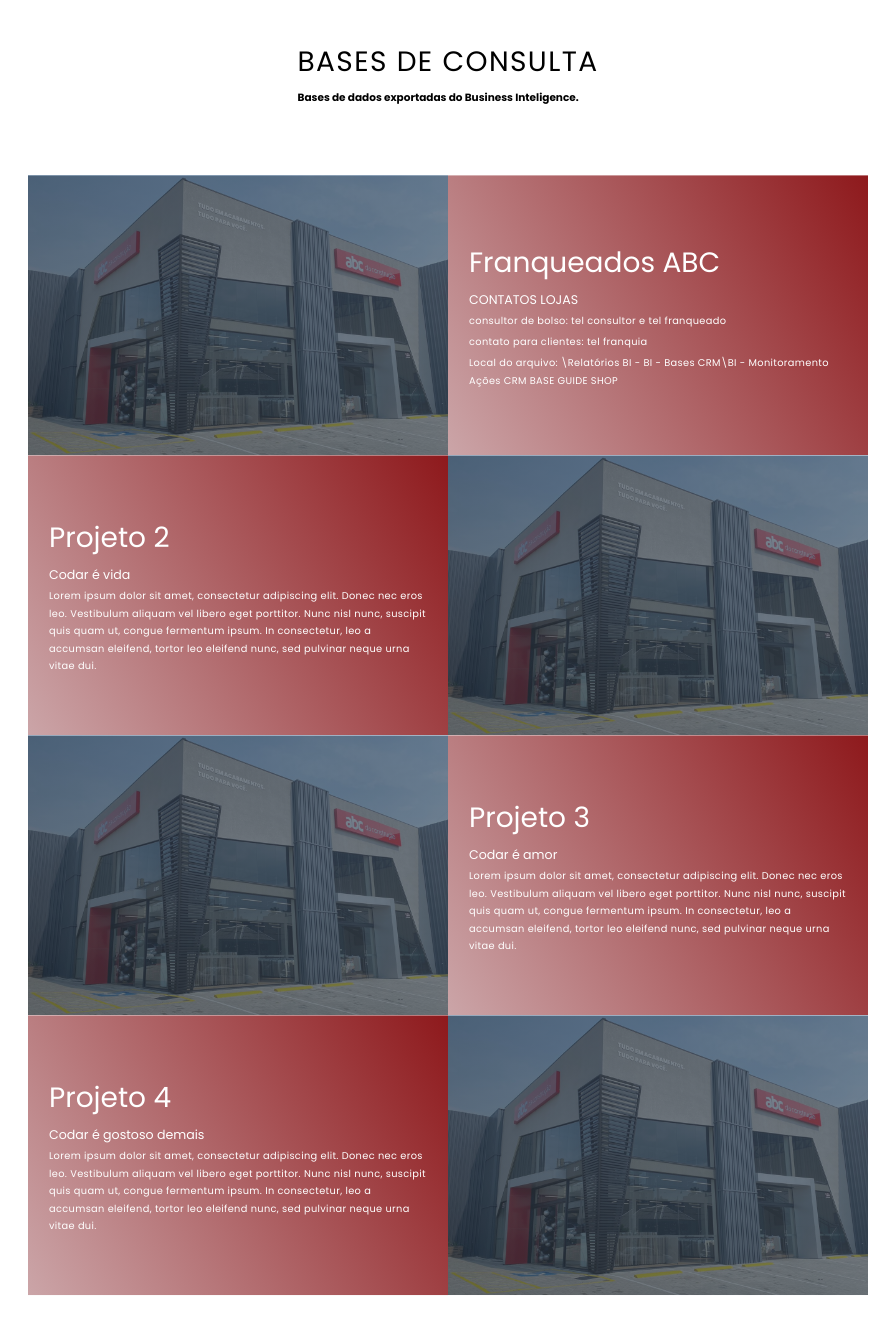
Repository: douglasabnovato/apresentacao
Page: index.html
These files come from the project's save history. The page is drawn as it stood at one moment and after the next save; the edit follows.
The browser window is 1280 px wide. The pictures show the part of the page from y = 1966 to 3886 px (the page is 13502 px tall), at 70% of full size.

Above is the page before, as saved 2025-01-14 16:58:27.

After the next save:
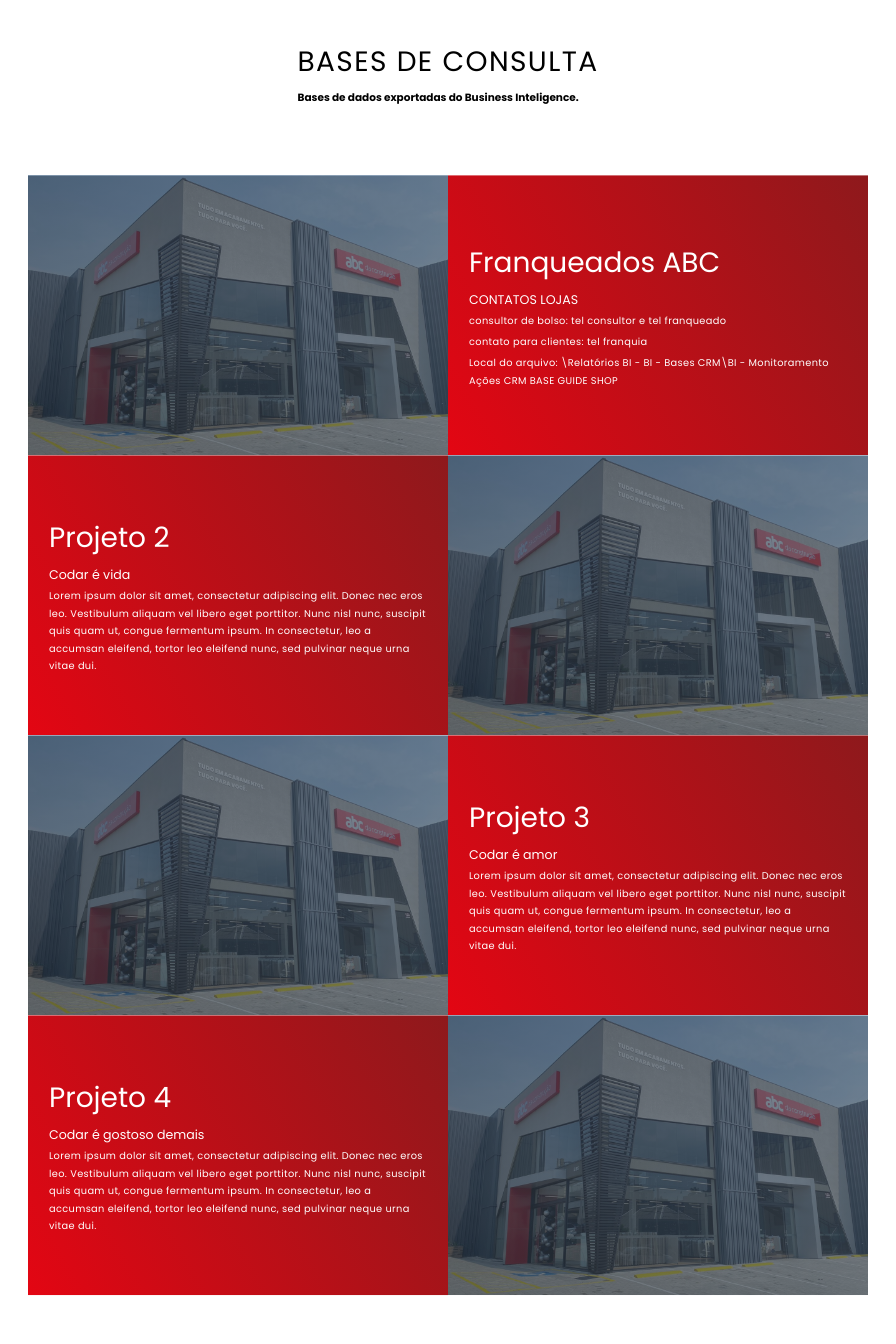
Saved 4 s later.
--- a/style.css
+++ b/style.css
@@ -278,7 +278,7 @@ p {
   align-items: flex-start;
   justify-content: center;
   flex-direction: column;
-  background-image: linear-gradient(60deg, #cba5a8 0%, #8E191C 100%);
+  background-image: linear-gradient(60deg, #E30613 0%, #8E191C 100%);
   color: white;
 }
 
